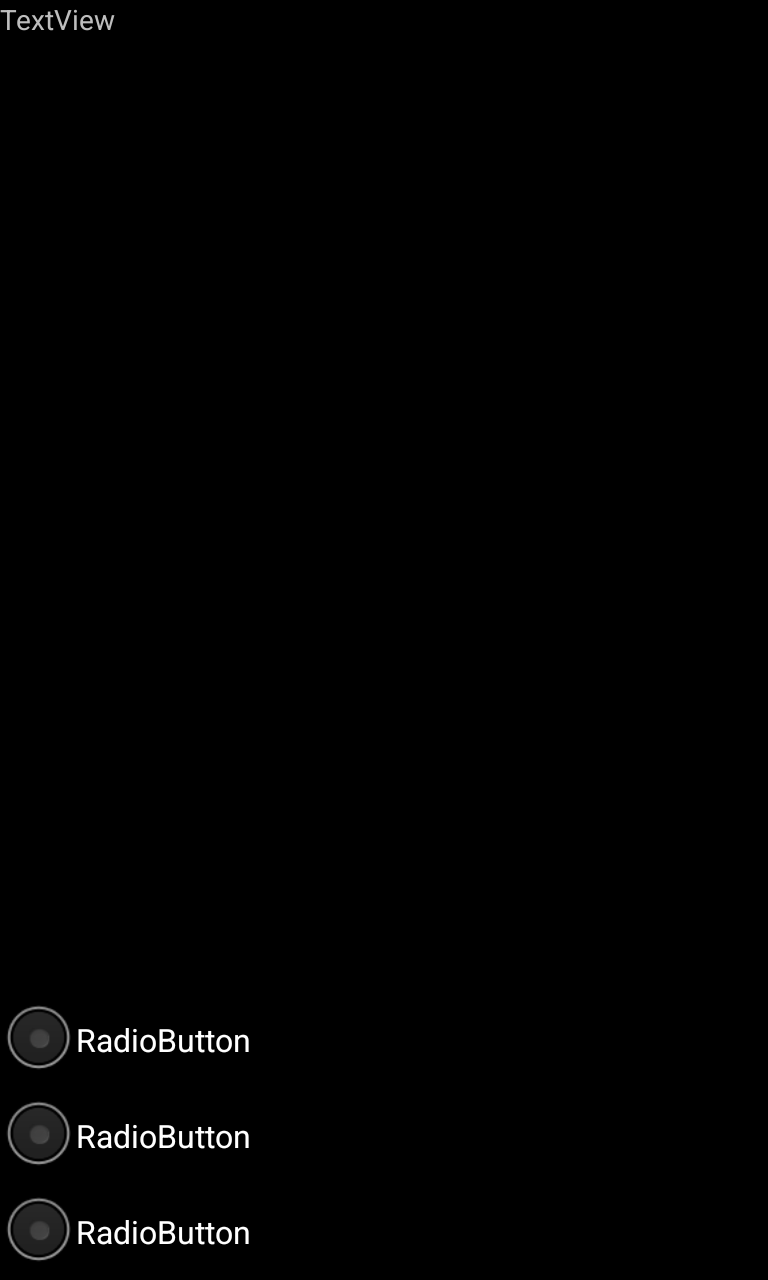
Repository: 12030121047/eventhandling
Layout: Event/res/layout/activity_event.xml
The author's editor kept a copy of each file at every save. The layout is drawn from the files as they stood at one save, then again after the next save.
It is drawn on a 768 x 1280 px phone screen (xhdpi) without system bars, with theme android:Theme; the app's code is not run.

Above is the layout before, as saved 2014-12-23 03:57:41.

After the next save:
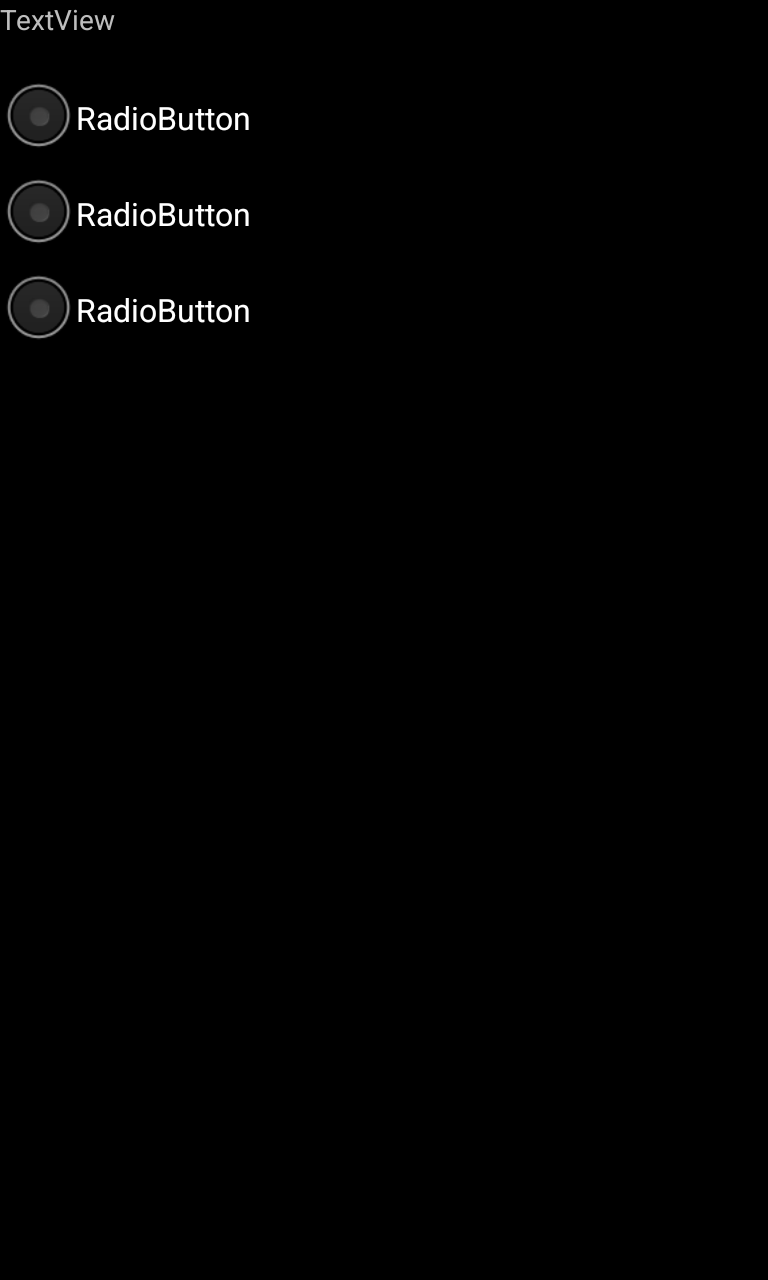
Saved 33 s later.
--- a/Event/res/layout/activity_event.xml
+++ b/Event/res/layout/activity_event.xml
@@ -6,10 +6,9 @@
     tools:context=".EventActivity" >
 
     <TextView
-        android:id="@+id/textView1"
-        android:layout_width="264dp"
-        android:layout_height="wrap_content"
-        android:layout_weight="0.06"
+        android:id="@+id/editString"
+        android:layout_width="226dp"
+        android:layout_height="35dp"
         android:text="TextView" />
 
     <RadioButton
